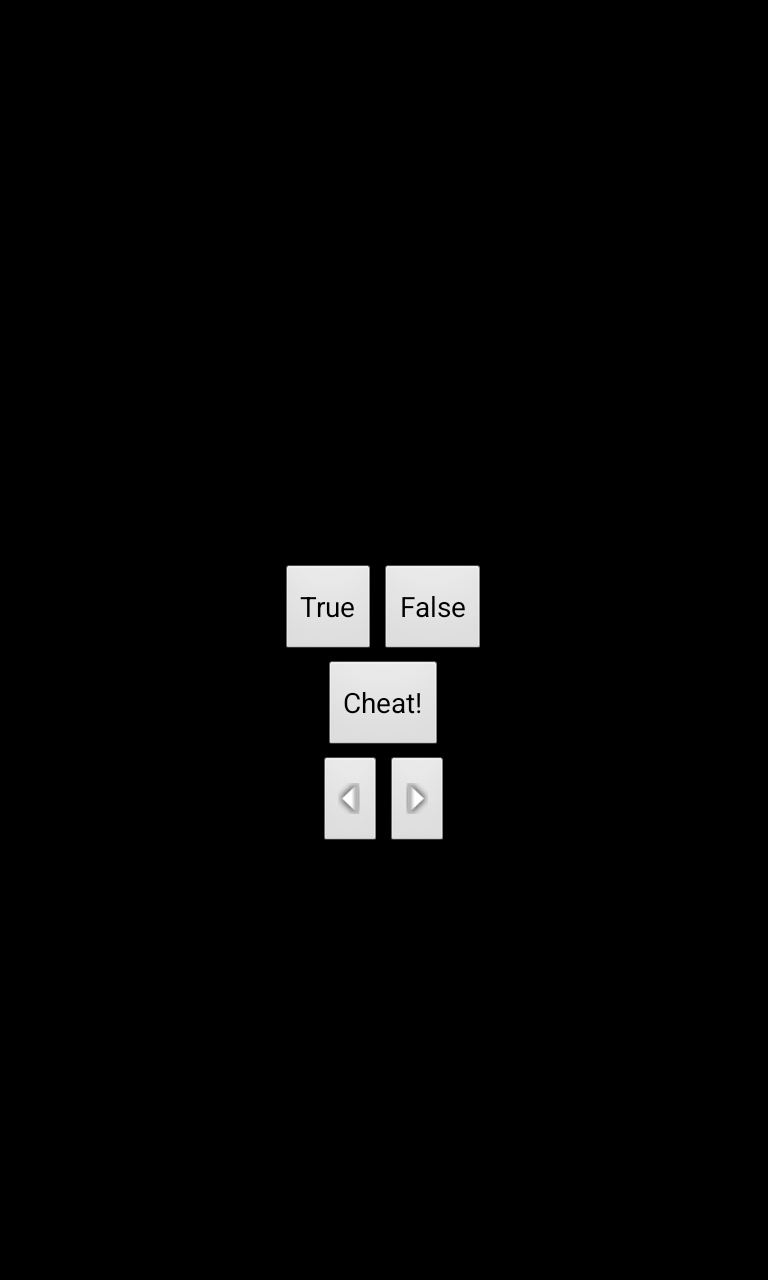
Repository: WDElmore/UofL_Android_Homework
Layout: homework5/GeoQuiz/res/layout/activity_quiz.xml
The author's editor kept a copy of each file at every save. The layout is drawn from the files as they stood at one save, then again after the next save.
It is drawn on a 768 x 1280 px phone screen (xhdpi) without system bars, with theme android:Theme; the app's code is not run.

Above is the layout before, as saved 2013-10-21 00:25:26.

After the next save:
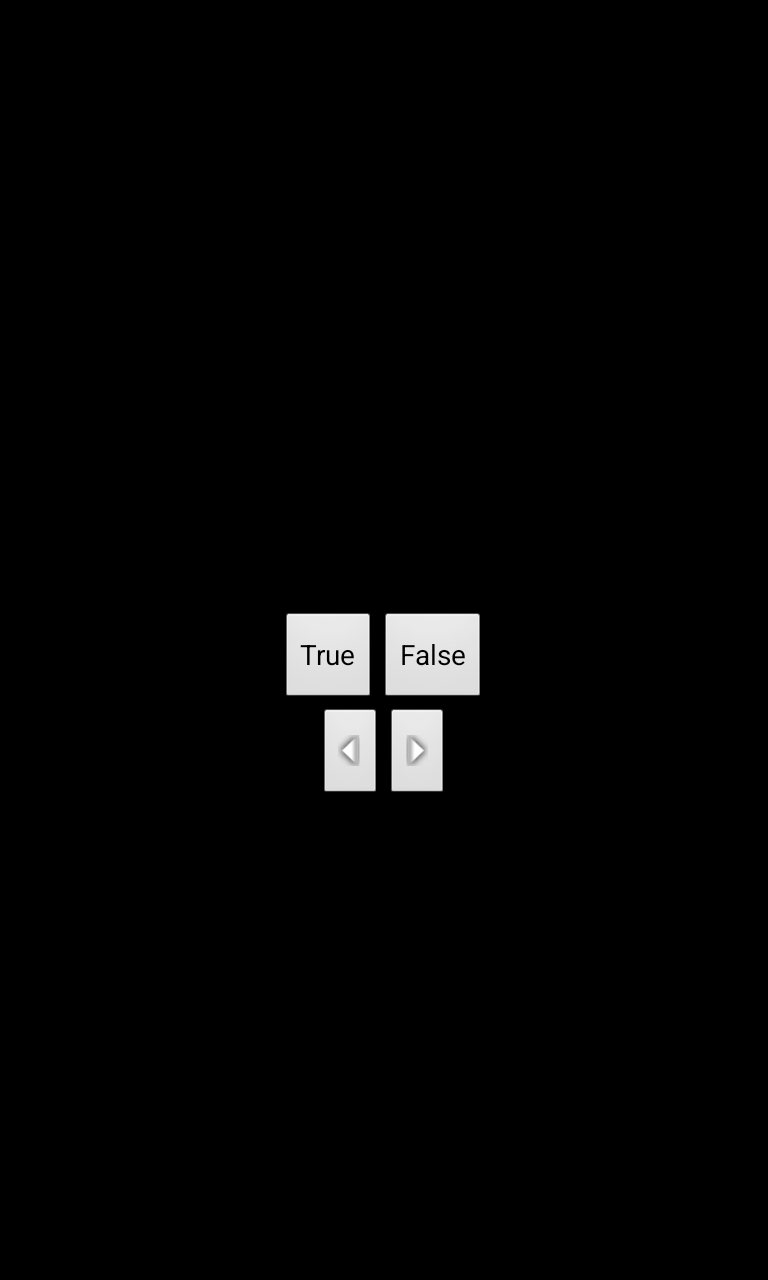
Saved 16 s later.
--- a/homework5/GeoQuiz/res/layout/activity_quiz.xml
+++ b/homework5/GeoQuiz/res/layout/activity_quiz.xml
@@ -34,10 +34,7 @@
         android:orientation="horizontal" >
 
         <Button
-            android:id="@+id/cheat_button"
-            android:layout_width="wrap_content"
-            android:layout_height="wrap_content"
-            android:text="@string/cheat_button" />"
+             />"
 
     </LinearLayout>
 

After the 2 saves that followed:
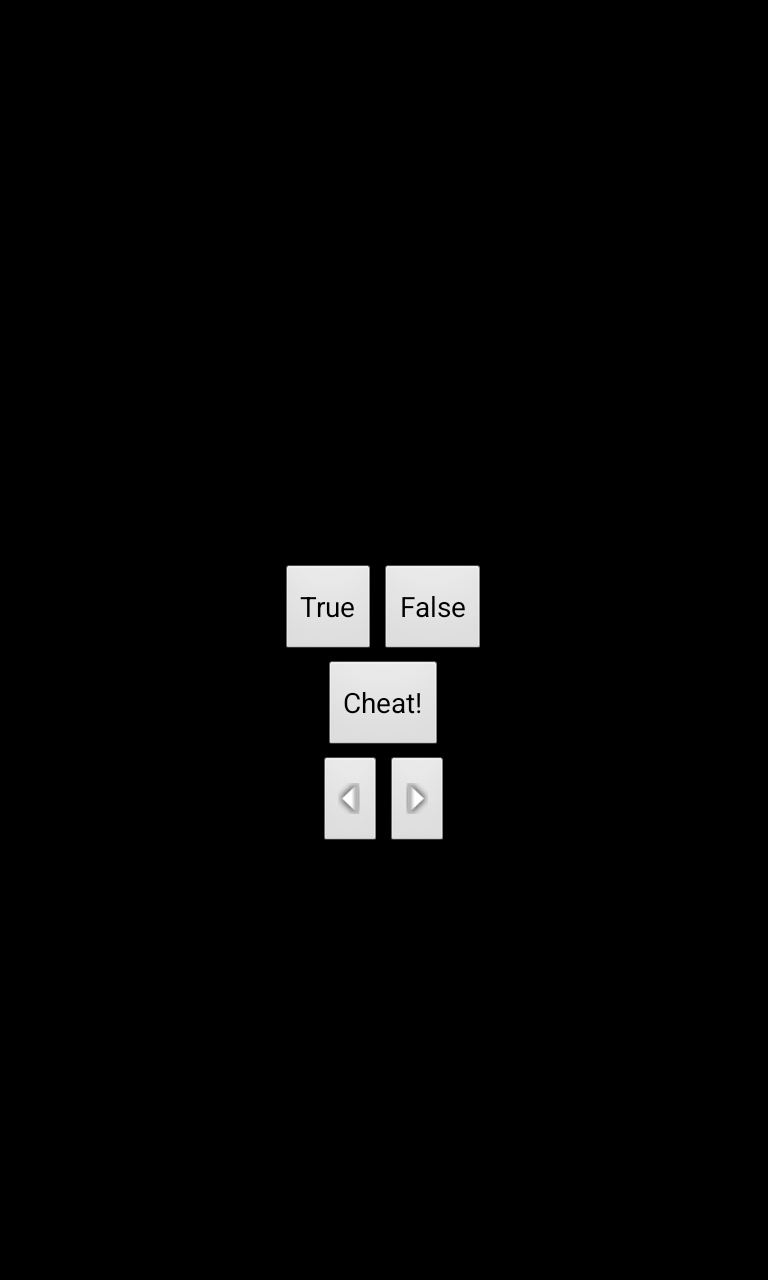
The 2 saves are shown as one change because 1 left the picture as it was.
The last was saved 94 s later.
--- a/homework5/GeoQuiz/res/layout/activity_quiz.xml
+++ b/homework5/GeoQuiz/res/layout/activity_quiz.xml
@@ -34,7 +34,10 @@
         android:orientation="horizontal" >
 
         <Button
-             />"
+            android:id="@+id/cheat_button"
+            android:layout_width="wrap_content"
+            android:layout_height="wrap_content"
+            android:text="@string/cheat_button"/>
 
     </LinearLayout>
 
